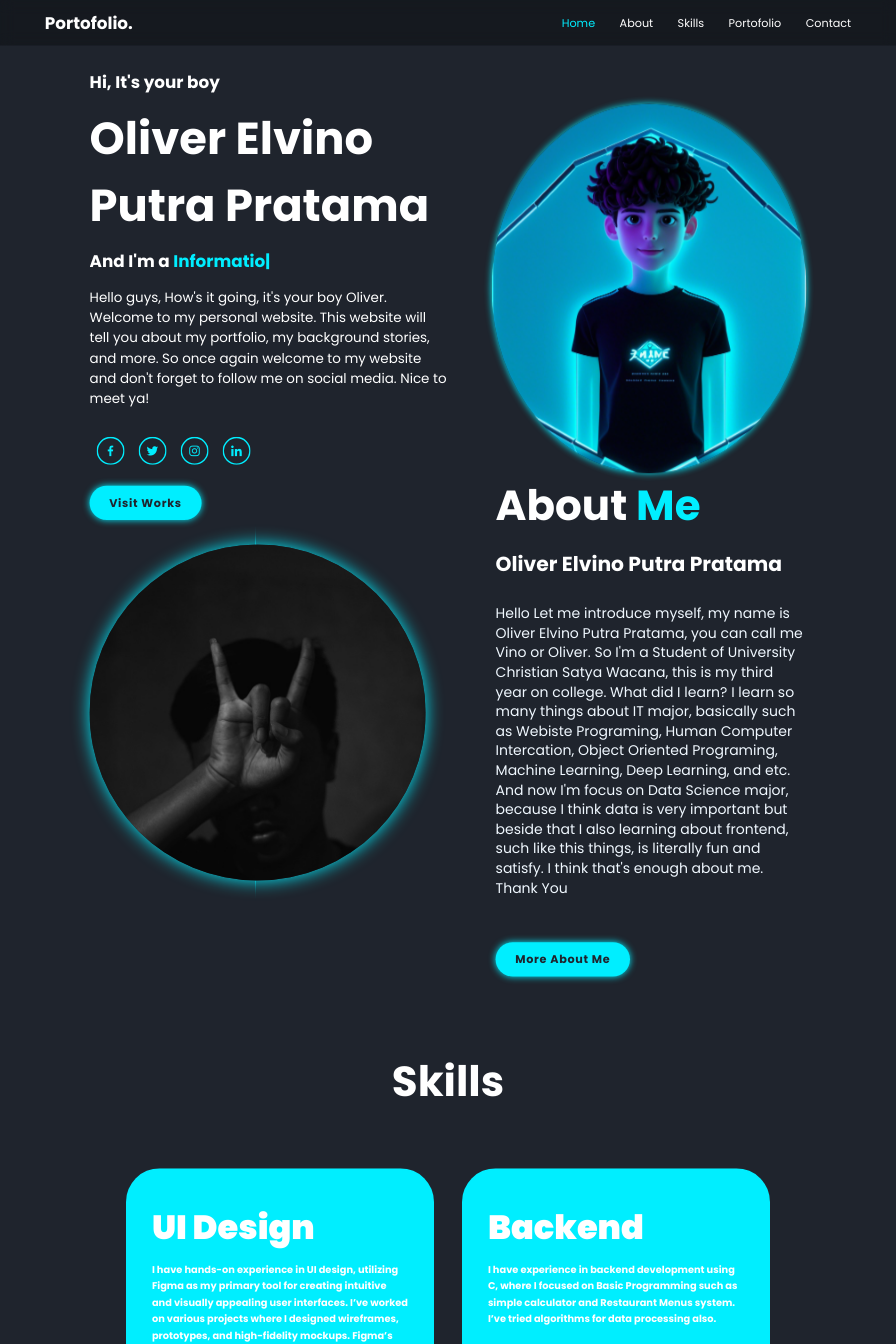
Repository: Olovrelvino/personalWebsite-HtmlCssJs-project
Page: main.html
An editor plug-in stored every save of this project. The page is shown before and after the next save, followed by the edit.
The browser window is 1280 px wide. The pictures show the part of the page from y = 0 to 1920 px (the page is 3603 px tall before and 3653 px after), at 70% of full size.
Some web libraries are served in a nearby version.

Above is the page before, as saved 2024-09-22 23:00:33.

### main.html
<!DOCTYPE html>
<html lang="en">
<head>
    <meta charset="UTF-8">
    <meta name="viewport" content="width=device-width, initial-scale=1.0">
    <title>Oliver's Portofolio</title>
    <link href='https://unpkg.com/boxicons@2.1.4/css/boxicons.min.css' rel='stylesheet'>
    <link rel="stylesheet" href="style.css">
</head>

<body>

    <!-- NAVBAR SECTION -->
    <header class="header">
        <a href="#" class="logo">Portofolio.</a>

        <nav class="navbar">
          <div class="hamburger-menu">
            <div class="bar"></div>
            <div class="bar"></div>
            <div class="bar"></div>
          </div>
          <ul class="nav-menu">
            <li><a href="#home" class="nav-links" style="--i:1;">Home</a></li>
            <li><a href="#about" class="nav-links" style="--i:2;">About</a></li>
            <li><a href="#Skills" class="nav-links" style="--i:3;">Skills</a></li>
            <li><a href="portofolio.html" class="nav-links" style="--i:4;">Portofolio</a></li>
            <li><a href="#contact" class="nav-links" style="--i:5;">Contact</a></li>
          </ul>
        </nav>
      </header>

      <section id="home" class="section home">
        <div class="home-content">
          <h3>Hi, It's your boy</h3>
          <h1>Oliver Elvino Putra Pratama</h1>
          <h3>And I'm a <span class="multiple-text"></span></h3>
          <p>Hello guys, How's it going, it's your boy Oliver. Welcome to my personal website. This website will tell you about my portfolio, my background stories, and more. So once again welcome to my website and don't forget to follow me on social media. Nice to meet ya!</p>
          <div class="social-media">
            <a href="#" style="--i:7;"><i class="bx bxl-facebook"></i></a>
            <a href="#" style="--i:8;"><i class="bx bxl-twitter"></i></a>
            <a href="#" style="--i:9;"><i class="bx bxl-instagram"></i></a>
            <a href="#" style="--i:10;"><i class="bx bxl-linkedin"></i></a>
          </div>
          <a href="#" class="btn">Visit Works</a>
        </div>
        <div class="home-img">
          <img src="imagePW.png" alt="Oliver Elvino">
        </div>
      </section>

    <!-- ABOUT SECTION -->
     <section class="about" id="about">
        <div class="about-img">
            <img src="vino2.jpg">
        </div>
        <div class="about-text">
            <h2>About <span>Me</span></h2>
            <h4>Oliver Elvino Putra Pratama</h4>
            <P>Hello Let me introduce myself, my name is Oliver Elvino Putra Pratama, you can call me Vino or Oliver.
                So I'm a Student of University Christian Satya Wacana, this is my third year on college. What did I learn? I learn so many things about IT major,
                basically such as Webiste Programing, Human Computer Intercation, Object Oriented Programing,
                Machine Learning, Deep Learning, and etc. And now I'm focus on Data Science major, because I think data is very important but
                beside that I also learning about frontend, such like this things, is literally fun and satisfy. I think that's enough about me. Thank You
            </P>
            <a href="#" class="btn-content">More About Me</a>
        </div>
     </section>

     <section class="Skills" id="Skills">
        <div class="skills-text">
            <h2>Skills</h2>
        </div>

        <div class="Skills-container">
            <div class="Skills-box">
                <div class="Skills-info">
                    <h4>UI Design</h4>
                    <p>I have hands-on experience in UI design, utilizing Figma as my primary tool for creating intuitive and visually appealing user interfaces.
                        I’ve worked on various projects where I designed wireframes, prototypes, and high-fidelity mockups. Figma’s collaborative features enabled me to work efficiently with team members,
                        iterate designs quickly, and maintain consistency across different screen sizes and platforms.
                    </p>
                </div>
            </div>

            <div class="Skills-box">
                <div class="Skills-info">
                    <h4>Backend</h4>
                    <p>I have experience in backend development using C,
                        where I focused on Basic Programming such as simple calculator and Restaurant Menus system.
                        I’ve tried algorithms for data processing also.
                    </p>
                </div>
            </div>

            <div class="Skills-box">
                <div class="Skills-info">
                    <h4>Frontend</h4>
                    <p>
                        I have experience in frontend development, using HTML, CSS, and JavaScript to build responsive and dynamic website.
                        I’ve created user-friendly interfaces, ensuring cross-browser compatibility and optimizing for performance.
                    </p>
                </div>
            </div>

            <div class="Skills-box">
                <div class="Skills-info">
                    <h4>DataBase</h4>
                    <p>
                        I have experience in database management using MySQL, Oracle APEX, and ERD.
                        I’ve designed and optimized relational databases, created detailed ER diagrams to model data structures,
                        and implemented them in MySQL for efficient data handling.
                    </p>
                </div>
            </div>
        </div>
     </section>

     <section class="contact" id="contact">
        <h2 class="heading">Contact <span class="highlight">Me</span></h2>

        <form action="">
            <div class="input-group">
                <div class="input-box">
                    <input type="text" placeholder="Full name">
                    <input type="email" placeholder="Email">
                </div>
                <div class="input-box">
                    <input type="number" placeholder="Phone Number">
                    <input type="text" placeholder="Subject">
                </div>
            </div>

            <div class="input-group-2">
                <textarea name="" id="" cols="30" rows="10" placeholder="Your Message"></textarea>
                <input type="submit" value="Send Message" class="btn-contact">
            </div>
        </form>
     </section>

     <!-- Footer Section -->
     <footer class="footer">
        <div class="social">
            <a href="#" style="--i:7;"><i class='bx bxl-instagram'></i></a>
            <a href="#" style="--i:8;"><i class='bx bxl-facebook' ></i></a>
            <a href="#" style="--i:9;"><i class='bx bxl-discord-alt' ></i></a>
            <a href="#" style="--i:10;"><i class='bx bxl-github'></i></a>
        </div>

        <ul class="list">
            <li>
                <a href="#">FAQ</a>
            </li>

            <li>
                <a href="#">About</a>
            </li>

            <li>
                <a href="#">Portfolio</a>
            </li>

            <li>
                <a href="#">Contact</a>
            </li>
            <p class="copyright">
                © Oliver Elvino | All Right Reserved
            </p>
        </ul>
     </footer>

    <script src="https://unpkg.com/typed.js@2.1.0/dist/typed.umd.js"></script>
    <script src="script.js"></script>
</body>
</html>

### style.css
@import url('https://fonts.googleapis.com/css?family=Poppins:400,700,900');

* {
    margin: 0;
    padding: 0;
    border: none;
    outline: none;
    scroll-behavior: smooth;
    box-sizing: border-box;
    font-family: 'Poppins', sans-serif;
}

body {
    background: #1f242d;
    color: #fff;
    overflow-x: hidden;

}

.header {
    position: fixed;
    top: 0;
    left: 0;
    width: 100%;
    padding: 15px 5%;
    background: rgba(0, 0, 0, 0.3);
    backdrop-filter: blur(10px);
    display: flex;
    justify-content: space-between;
    align-items: center;
    z-index: 100;
  }

  .logo {
    font-size: 1.5rem;
    color: #fff;
    text-decoration: none;
    font-weight: 600;
  }

  .navbar {
    display: flex;
    align-items: center;
  }

  .nav-menu {
    display: flex;
    list-style: none;
  }

  .nav-links {
    font-size: 1rem;
    color: #fff;
    text-decoration: none;
    font-weight: 500;
    margin-left: 35px;
    transition: .3s;
  }

  .nav-links:hover,
  .nav-links.active {
    color: #0ef;
  }

  .hamburger-menu {
    display: none;
    cursor: pointer;
  }

  .bar {
    display: block;
    width: 25px;
    height: 3px;
    margin: 5px auto;
    transition: all 0.3s ease-in-out;
    background-color: #fff;
  }

  @media screen and (max-width: 768px) {
    .hamburger-menu {
      display: block;
    }

    .hamburger-menu.active .bar:nth-child(2) {
      opacity: 0;
    }

    .hamburger-menu.active .bar:nth-child(1) {
      transform: translateY(8px) rotate(45deg);
    }

    .hamburger-menu.active .bar:nth-child(3) {
      transform: translateY(-8px) rotate(-45deg);
    }

    .nav-menu {
      position: fixed;
      left: -100%;
      top: 70px;
      gap: 0;
      flex-direction: column;
      background-color: rgba(0, 0, 0, 0.8);
      width: 100%;
      text-align: center;
      transition: 0.3s;
    }

    .nav-links {
      margin: 16px 0;
    }

    .nav-menu.active {
      left: 0;
    }
  }

  .home {
    min-height: 100vh;
    padding: 100px 5% 0;
    display: flex;
    justify-content: center;
    align-items: center;
    flex-direction: column-reverse;
  }

  .home-content {
    max-width: 100%;
    text-align: center;
  }

  .home-content h3 {
    font-size: 1.5rem;
    font-weight: 700;
    opacity: 0;
    animation: slideBottom 1s ease forwards;
    animation-delay: .7s;
  }

  .home-content h3 span {
    color:#0ef;
  }

  .home-content h3:nth-of-type(2) {
    margin-bottom: 20px;
    animation: slideTop 1s ease forwards;
    animation-delay: .7s;
  }

  .home-content h1 {
    font-size: 2.5rem;
    font-weight: 600;
    margin: 15px 0;
    opacity: 0;
    animation: slideRight 1s ease forwards;
    animation-delay: 1s;
  }

  .home-content p {
    font-size: 1rem;
    margin-bottom: 30px;
    opacity: 0;
    animation: slideLeft 1s ease forwards;
    animation-delay: 1s;
  }

  .home-img img {
    max-width: 300px;
    width: 100%;
    height: auto;
    border-radius: 50%;
    box-shadow: 0 0 10px #0ef;
    margin-bottom: 30px;
    opacity: 0;
    animation: zoomIn 1s ease forwards, floatImage 4s ease-in-out infinite;
    animation-delay: 2s, 3s;
  }

  .social-media {
    display: flex;
    justify-content: center;
    flex-wrap: wrap;
    margin-bottom: 20px;
  }

  .social-media a {
    display: inline-flex;
    justify-content: center;
    align-items: center;
    width: 40px;
    height: 40px;
    background: transparent;
    border: 2px solid #0ef;
    border-radius: 50%;
    font-size: 20px;
    color: #0ef;
    text-decoration: none;
    margin: 10px;
    transition: .5s ease;
    opacity: 0;
    animation: slideLeft 1s ease forwards;
    animation-delay: calc(.2s * var(--i));
  }

  .social-media a:hover {
    background: #0ef;
    color: #1f242d;
    box-shadow: 0 0 20px #0ef;
  }

  .btn {
    display: inline-block;
    padding: 12px 28px;
    background: #0ef;
    border-radius: 40px;
    box-shadow: 0 0 10px #0ef;
    font-size: 16px;
    color: #1f242d;
    letter-spacing: 1px;
    text-decoration: none;
    font-weight: 600;
    opacity: 0;
    animation: slideTop 1s ease forwards;
    animation-delay: 2s;
  }

  @media screen and (min-width: 768px) {
    .home {
      flex-direction: row;
      justify-content: space-between;
      text-align: left;
      padding: 100px 10% 0;
    }

    .home-content {
      max-width: 50%;
      text-align: left;
    }

    .home-content h1 {
      font-size: 3.5rem;
    }

    .home-content p {
      font-size: 1.1rem;
    }

    .home-img img {
      max-width: 400px;
      margin-bottom: 0;
    }

    .social-media {
      justify-content: flex-start;
    }
  }

  @media screen and (min-width: 1024px) {
    .home-content h1 {
      font-size: 4rem;
    }

    .home-content p {
      font-size: 1.2rem;
    }

    .home-img img {
      max-width: 450px;
    }
  }


.about {
    position: relative;
    width: 100%;
    height: 80vh;
    display: flex;
    justify-content: space-between;
    gap: 100px;
    align-items: center;
    padding: 10% 10% 0;
    padding-top: 10px;
}

.about-img img {
    margin-bottom: 30px;
    max-width: 480px;
    border-radius: 50%;
    box-shadow: 0 0 25px #0ef;
    cursor: pointer;
    transition: 0.4s ease-in-out;

}

.about-img img:hover {
    box-shadow: 0 0 25px #0ef,
                0 0 50px #0ef,
                0 0 100px #0ef;

}

.about-text h2 {
    font-size: 60px;
}

.about-text h2 span {
    color:#0ef;
}

.about-text h4 {
    font-size: 29px;
    font-weight: 600;
    color:#fff;
    line-height: 1.7;
    margin: 15px 0 30px;

}

.about-text p {
    color: aliceblue;
    font-size: 20px;
    line-height: 1.4;
    margin-bottom: 4rem;

}

.btn-content {
    display: inline-block;
    padding: 12px 28px;
    background: #0ef;
    border-radius: 40px;
    box-shadow: 0 0 10px #0ef;
    font-size: 16px;
    color: #1f242d;
    letter-spacing: 1px;
    text-decoration: none;
    font-weight: 600;
}

.Skills {
    margin: 180px;
}

.skills-text h2 {
    margin-bottom: 5rem;
    font-size: 60px;
    text-align: center;
    color: #fff;
}

.Skills-container {
    display: grid;
    grid-template-columns: repeat(2, 1fr);
    align-items: center;
    gap: 2.5rem;
}

.Skills-box {
    background-color:#0ef;
    height: 300px;
    border-radius: 3rem;
    border: 5px solid transparent;
    cursor: pointer;
    transition: 0.4s ease-in-out;
}

.Skills-box:hover {
    background: #fff;
    color:#1f242d;
    border: 5px solid #0ef;
    transform: scale(1.03);
}

.Skills-box .Skills-info {
    display: flex;
    flex-direction: column;
    text-align: left;
    max-height: 200px;
    justify-content: left;
    align-items: baseline;
    padding: 2rem 2rem;
}

.Skills-info h4 {
    font-size: 3rem;
    font-weight: 800;
    line-height: 2;
}

.Skills-info p {
    font-size: 14px;
    font-weight: 600;
    max-height: 100px;
    line-height: 1.7;
    margin: auto;
}

.contact {
    margin-top: 50px;
    padding: 50px 20px;
    text-align: center;
}

.contact .heading {
    font-size: 56px;
    margin-bottom: 40px;
    font-weight: 600;
}

.highlight {
    color:#0ef;
}

.input-group, .input-group-2 {
    display: block;
    width: 100%;
    max-width: 600px;
    margin: 0 auto;
}


.input-box {
    width: 100%;
    margin-bottom: 20px;
}

input, textarea {
    width: 100%;
    padding: 15px;
    font-size: 16px;
    margin-bottom: 15px;
    border: 2px solid #303d43;
    border-radius: 10px;
    box-sizing: border-box;
}


textarea {
    height: 200px;
    resize: none;
}


.btn-contact {
    display: block;
    width: 30%;
    padding: 15px;
    background-color: #0ef;
    font-size: 16px;
    border: none;
    border-radius: 5px;
    cursor: pointer;
    transition: 0.3s ease;
    margin-top: 10px;
}

.btn-contact:hover {
    color:#1f242d;
    box-shadow: 0 0 25px #0ef;
}

.footer {
    position: relative;
    bottom: 0;
    width: 100%;
    padding: 40px 0;
    background-color: rgba(0, 0, 0, 0.3);

}

.footer .social {
    text-align: center;
    padding-bottom: 25px;
    color: #0ef;

}

.footer .social a {
    font-size: 25px;
    color: #0ef;
    border: 2px solid #0ef;
    width: 42px;
    height: 42px;
    line-height: 42px;
    display: inline-block;
    text-align: center;
    border-radius: 50%;
    margin: 0 10px;
    transition: 0.3s ease-in-out;

}

.footer .social a:hover {
    transform: scale(1.2)translateY(-10px);
    background-color: #0ef;
    color:#1f242d;
    box-shadow: 0 0 25px #0ef;
}

.footer ul {
    margin-top: 0;
    padding: 0;
    font-size: 18px;
    line-height: 1.6;
    margin-bottom: 0;
    text-align: center;
}

.footer ul li a {
    color:#fff;
    border-bottom: 3px solid transparent;
    transition: 0.3s ease-in-out;
}

.footer ul li a:hover {
    border-bottom: 3px solid #0ef;
}

.footer ul li {
    display: inline-block;
    padding: 0 15px;
}

.footer .copyright {
    margin-top: 50px;
    text-align: center;
    font-size: 16px;
    color:#fff;
}


/* KEYFRAMES ANIMATION */
@keyframes slideRight {
    0% {
        transform: translateX(-100px);
        opacity: 0;
    }

    100% {
        transform: translateX(0);
        opacity: 1;
    }
}

@keyframes slideLeft {
    0% {
        transform: translateX(100px);
        opacity: 0;
    }

    100% {
        transform: translateX(0);
        opacity: 1;
    }
}

@keyframes slideTop {
    0% {
        transform: translateY(100px);
        opacity: 0;
    }

    100% {
        transform: translateY(0);
        opacity: 1;
    }
}

@keyframes slideBottom {
    0% {
        transform: translateY(-100px);
        opacity: 0;
    }

    100% {
        transform: translateY(0);
        opacity: 1;
    }
}

@keyframes zoomIn {
    0% {
        transform: scale(0);
        opacity: 0;
    }

    100% {
        transform: scale(1);
        opacity: 1;
    }
}

@keyframes floatImage {
    0% {
        transform: translateY(0);

    }
    50% {
        transform: translateY(-24px);

    }
    100% {
        transform: translateY(0);

    }
}

### script.js
var typed = new Typed(".multiple-text", {
    strings: ["Student of UKSW", "Information Technology Major", "Code Anthusiast"],
    typeSpeed: 100,
    backSpeed: 100,
    backDelay: 1000,
    loop: true
})

// document.querySelectorAll('.navbar a').forEach(anchor => {
//     anchor.addEventListener('click', function(e) {
//         const target = document.querySelector(this.getAttribute('href'));

//         // Remove 'active' class from all links
//         document.querySelectorAll('.navbar a').forEach(link => {
//             link.classList.remove('active');
//         });

//         // Add 'active' class to the clicked link
//         this.classList.add('active');

//         // Smooth scroll to the section (only if the target exists)
//         if (target) {
//             e.preventDefault();
//             target.scrollIntoView({
//                 behavior: 'smooth'
//             });
//         }
//     });
// });

// // Mendapatkan semua elemen section yang ditargetkan
// const sections = document.querySelectorAll('section');
// const navLinks = document.querySelectorAll('.navbar a');

// // Fungsi untuk mengubah tautan yang aktif
// function changeActiveNav() {
//     let index = sections.length;

//     // Loop untuk menentukan bagian halaman mana yang sedang di viewport
//     while (--index && window.scrollY + 100 < sections[index].offsetTop) {}

//     // Hapus class 'active' dari semua tautan
//     navLinks.forEach((link) => link.classList.remove('active'));

//     // Tambahkan class 'active' pada tautan yang sesuai dengan bagian halaman
//     navLinks[index].classList.add('active');
// }

// // Event listener ketika halaman discroll
// window.addEventListener('scroll', changeActiveNav);

// // Event listener untuk klik pada tautan navbar
// navLinks.forEach((link) => {
//     link.addEventListener('click', function() {
//         // Hapus class 'active' dari semua tautan
//         navLinks.forEach((link) => link.classList.remove('active'));

//         // Tambahkan class 'active' pada tautan yang diklik
//         this.classList.add('active');
//     });
// });

// // Deteksi apakah halaman Portfolio sedang dibuka
// if (window.location.href.includes('portofolio.html')) {
//     document.querySelector('.navbar a[href="portofolio.html"]').classList.add('active');
// }

// Mengambil semua link navigasi dan bagian
const sections = document.querySelectorAll('section');
const navLinks = document.querySelectorAll('.navbar a');

// Fungsi untuk menambahkan kelas 'active' ke link navigasi
window.onscroll = () => {
    let current = "";

    sections.forEach(section => {
        const sectionTop = section.offsetTop;
        const sectionHeight = section.clientHeight;

        // Memeriksa jika posisi scroll berada di dalam section
        if (pageYOffset >= sectionTop - sectionHeight / 3) {
            current = section.getAttribute('id'); // Mendapatkan id dari section yang aktif
        }
    });

    navLinks.forEach(link => {
        link.classList.remove('active'); // Menghapus class active dari semua link
        if (link.getAttribute('href').includes(current)) {
            link.classList.add('active'); // Menambahkan class active ke link yang sesuai
        }
    });
};

document.addEventListener('DOMContentLoaded', () => {
    const hamburger = document.querySelector('.hamburger-menu');
    const navMenu = document.querySelector('.nav-menu');

    hamburger.addEventListener('click', () => {
      hamburger.classList.toggle('active');
      navMenu.classList.toggle('active');
    });

    document.querySelectorAll('.nav-links').forEach(n => n.addEventListener('click', () => {
      hamburger.classList.remove('active');
      navMenu.classList.remove('active');
    }));
  });

After the next save:
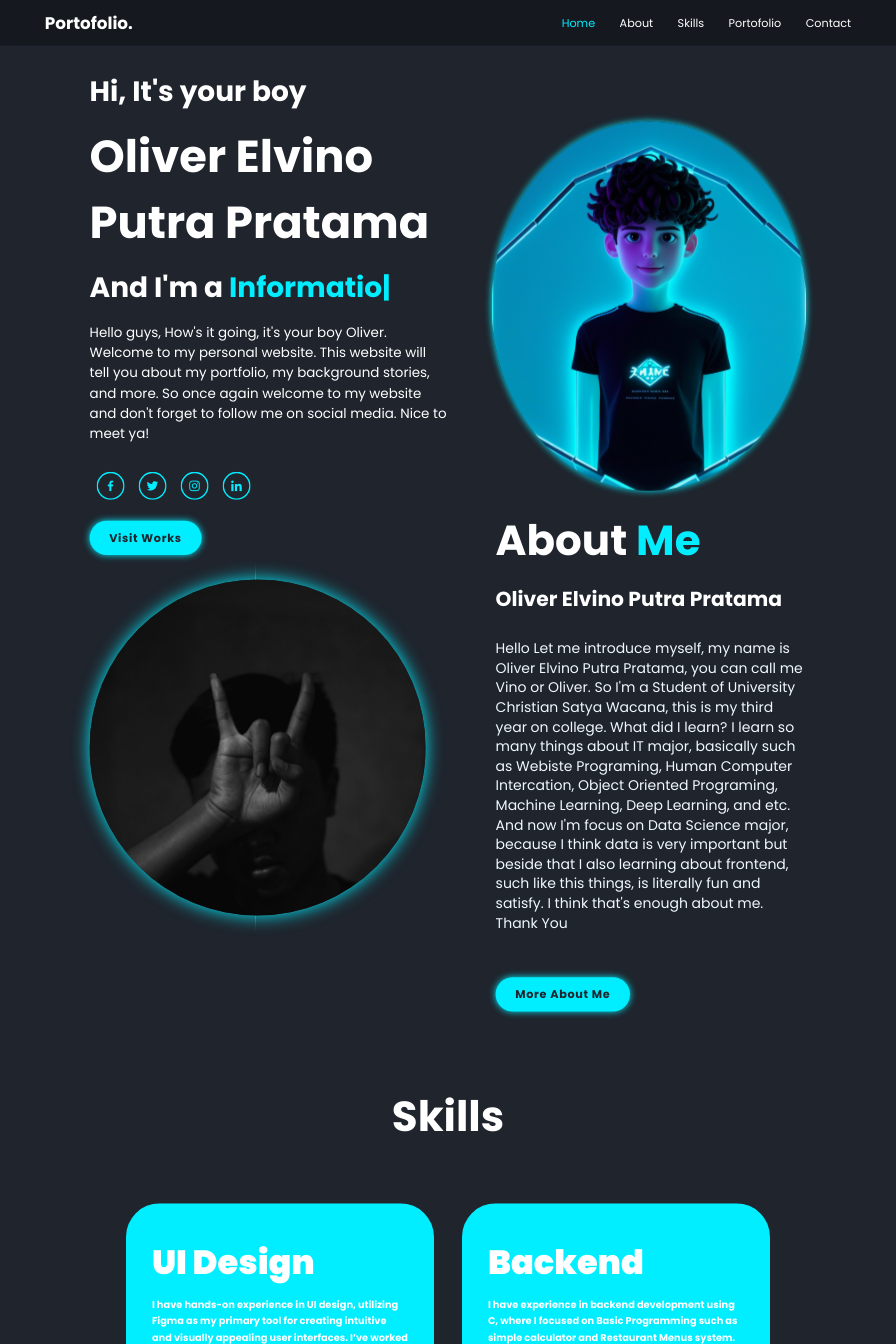
Saved 3 min 45 s later.
--- a/style.css
+++ b/style.css
@@ -129,7 +129,7 @@ body {
   }
 
   .home-content h3 {
-    font-size: 1.5rem;
+    font-size: 2.5rem;
     font-weight: 700;
     opacity: 0;
     animation: slideBottom 1s ease forwards;
